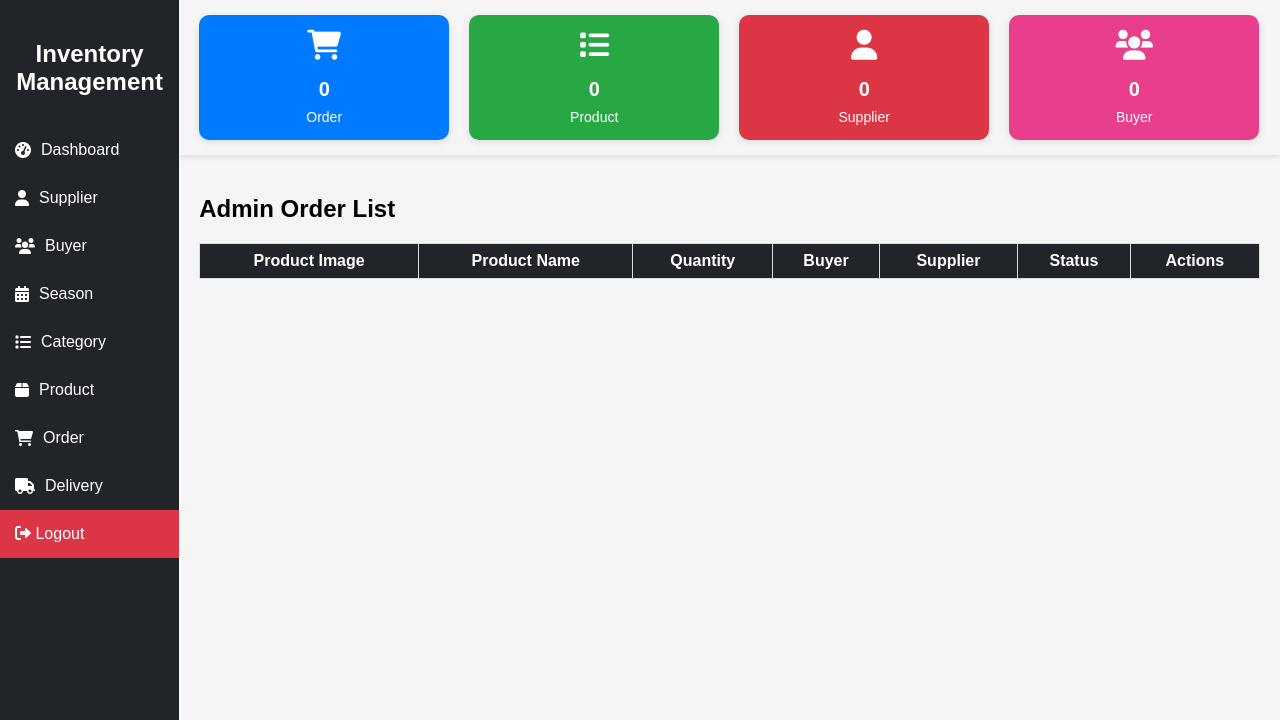
Repository: Fail2/Inventory_Management
Page: http://localhost/accounts/admin/orders/
These files come from the project's save history. The page is drawn as it stood at one moment and after the next save; the edit follows.
The browser window is 1280 px wide. The pictures show the whole page.
The page is served by the project's application, run on Django 5.2 (inventory_management/manage.py). A made-up administrator, testuser (Test User, test@example.com), is signed in. Other server files are loaded and not shown. Queries for data that is not in the repository find no rows.

Above is the page before, as saved 2025-05-03 12:10:48.

### inventory_management/accounts/templates/accounts/admin_order_list.html
{% extends 'accounts/admin_base.html' %}
{% block title %}Order List{% endblock %}

{% block content %}
<h2>Admin Order List</h2>

<table>
    <thead>
        <tr>
            <th>Product Image</th>
            <th>Product Name</th>
            <th>Quantity</th>
            <th>Buyer</th>
            <th>Supplier</th>
            <th>Status</th>
            <th>Actions</th>
        </tr>
    </thead>
    <tbody>
        {% for order in orders %}
        <tr>
            <td><img src="{{ order.product.picture.url }}" alt="{{ order.product.name }}" style="width: 80px; height: auto;"></td>
            <td>{{ order.product.name }}</td>
            <td>{{ order.quantity }}</td>
            <td>{{ order.buyer.username }}</td>
            <td>
                {% if order.supplier %}
                    {{ order.supplier.name }}
                {% else %}
                    <form method="post" style="display: inline;">
                        {% csrf_token %}
                        <input type="hidden" name="order_id" value="{{ order.id }}">
                        <select name="supplier_id" required>
                            <option value="">Select Supplier</option>
                            {% for supplier in suppliers %}
                                <option value="{{ supplier.id }}">{{ supplier.full_name }}</option>
                            {% endfor %}
                        </select>
                        <button type="submit">Assign</button>
                    </form>
                {% endif %}
            </td>
            <td>
                <form method="post">
                    {% csrf_token %}
                    <input type="hidden" name="order_id" value="{{ order.id }}">
                    <select name="status" required>
                        {% for value, label in status_choices %}
                            <option value="{{ value }}" {% if order.status == value %}selected{% endif %}>{{ label }}</option>
                        {% endfor %}
                    </select>
                    <button type="submit">Update</button>
                </form>
            </td>
            <td>
                <!-- You can add more actions here if needed -->
            </td>
        </tr>
        {% endfor %}
    </tbody>
</table>

{% endblock %}

### inventory_management/accounts/templates/accounts/admin_base.html
{% load static %}
<!DOCTYPE html>
<html lang="en">

<head>
    <meta charset="UTF-8">
    <title>{% block title %}Admin{% endblock %}</title>

    <link rel="icon" href="{% static 'favicon.ico' %}" type="image/x-icon">
    <link rel="stylesheet" href="https://cdnjs.cloudflare.com/ajax/libs/font-awesome/6.0.0/css/all.min.css">

    {% block extra_css %}{% endblock %}

    <style>
        body {
            margin: 0;
            font-family: 'Arial', sans-serif;
            background: #f5f5f5;
            height: 100vh;
            display: flex;
        }

        /* LEFT SIDEBAR */
        .sidebar {
            width: 14%;
            background: #212529;
            color: white;
            padding-top: 20px;
            display: flex;
            flex-direction: column;
        }

        .sidebar h2 {
            text-align: center;
            margin-bottom: 30px;
        }

        .sidebar a {
            display: flex;
            align-items: center;
            gap: 10px;
            color: white;
            padding: 15px;
            text-decoration: none;
            font-size: 16px;
        }

        .sidebar a:hover {
            background: #575757;
        }

        .logout-btn {
            width: 100%;
            border: none;
            background: #dc3545;
            color: white;
            padding: 15px;
            font-size: 16px;
            text-align: left;
            cursor: pointer;
            margin-top: auto;
        }

        /* RIGHT SECTION */
        .right-section {
            width: 86%;
            display: flex;
            flex-direction: column;
            height: 100%;
        }

        /* FIXED CARDS (AUTO HEIGHT) */
        .fixed-cards {
            padding: 15px 20px;
            background: #f5f5f5;
            box-shadow: 0 2px 5px rgba(0, 0, 0, 0.1);
            flex-shrink: 0;
            /* do not shrink */
        }

        .cards {
            display: flex;
            gap: 20px;
            flex-wrap: wrap;
        }

        .card {
            flex: 1;
            min-width: 180px;
            max-width: 220px;
            background: white;
            padding: 15px;
            border-radius: 10px;
            text-align: center;
            box-shadow: 0 2px 8px rgba(0, 0, 0, 0.1);
            color: white;
            transition: transform 0.3s ease;
        }

        .card:hover {
            transform: translateY(-5px);
        }

        .card i {
            font-size: 30px;
            margin-bottom: 10px;
        }

        .card h3 {
            margin: 8px 0;
            font-size: 20px;
        }

        .card p {
            margin: 0;
            font-size: 14px;
        }

        /* MAIN CONTENT (TAKES REST) */
        .main-content {
            flex-grow: 1;
            /* take remaining space */
            overflow-y: auto;
            padding: 20px;
            box-sizing: border-box;
        }

        .orders-table {
            background: white;
            width: 100%;
            border-radius: 8px;
            padding: 20px;
            box-shadow: 0 0 10px rgba(0, 0, 0, 0.1);
        }

        table {
            width: 100%;
            border-collapse: collapse;
            margin-top: 10px;
        }

        table,
        th,
        td {
            border: 1px solid #ddd;
        }

        th,
        td {
            padding: 8px;
            text-align: center;
        }

        th {
            background: #212529;
            color: white;
        }
    </style>
</head>

<body>
    <div class="sidebar">
        <h2>Inventory Management</h2>
        <a href="{% url 'admin_dashboard' %}"><i class="fas fa-tachometer-alt"></i> Dashboard</a>
        <a href="{% url 'user_list' 'supplier' %}"><i class="fas fa-user"></i> Supplier</a>
        <a href="{% url 'user_list' 'buyer' %}"><i class="fas fa-users"></i> Buyer</a>
        <a href="{% url 'grouped_product_list' 'season' %}"><i class="fas fa-calendar-alt"></i> Season</a>
        <a href="{% url 'grouped_product_list' 'category' %}"><i class="fas fa-list"></i> Category</a>
        <a href="{% url 'product_list' %}"><i class="fas fa-box"></i> Product</a>
        <a href="{% url 'admin_order_list' %}"><i class="fas fa-shopping-cart"></i> Order</a>
        <a href="#"><i class="fas fa-truck"></i> Delivery</a>
        <form method="post" action="{% url 'logout' %}">
            {% csrf_token %}
            <button type="submit" class="logout-btn"><i class="fas fa-sign-out-alt"></i> Logout</button>
        </form>
    </div>

    <div class="right-section">
        <div class="fixed-cards">
            <div class="cards">
                <div class="card" style="background: #007bff;">
                    <i class="fas fa-shopping-cart fa-2x"></i>
                    <h3>0</h3>
                    <p>Order</p>
                </div>
                <div class="card" style="background: #28a745;">
                    <i class="fas fa-list fa-2x"></i>
                    <h3>0</h3>
                    <p>Product</p>
                </div>
                <div class="card" style="background: #dc3545;">
                    <i class="fas fa-user fa-2x"></i>
                    <h3>0</h3>
                    <p>Supplier</p>
                </div>
                <div class="card" style="background: #e83e8c;">
                    <i class="fas fa-users fa-2x"></i>
                    <h3>0</h3>
                    <p>Buyer</p>
                </div>
            </div>
        </div>

        <div class="main-content">
            {% block content %}
            {% endblock %}
        </div>
    </div>

    {% block scripts %}
    {% endblock %}
</body>

</html>

### inventory_management/accounts/middleware/auth_middleware.py
from django.shortcuts import redirect

class BuyerSupplierLoginRequiredMiddleware:
    """
    Middleware to protect buyer and supplier pages.
    If user is not logged in, they will be redirected to login page.
    """

    def __init__(self, get_response):
        self.get_response = get_response

    def __call__(self, request):
        # Paths that need protection
        protected_paths = [
            '/buyer/',         # All buyer pages
            '/supplier/',      # All supplier pages
        ]

        # Check if the request path starts with any protected path
        if any(request.path.startswith(path) for path in protected_paths):
            if not request.session.get('user_type'):
                # If user_type not found in session, redirect to login
                return redirect('login')  # URL name of your login page

        response = self.get_response(request)
        return response

### inventory_management/accounts/models.py
from django.db import models
from django.contrib.auth.models import AbstractUser
from django.core.validators import MinValueValidator
import os
import uuid
from django.utils.deconstruct import deconstructible

# Custom User Model for Buyer and Seller types
class CustomUser(AbstractUser):
    USER_TYPE_CHOICES = (
        ('buyer', 'Buyer'),
        ('supplier', 'Supplier'),
    )
    user_type = models.CharField(max_length=10, choices=USER_TYPE_CHOICES)

    def is_admin(self):
        return self.is_superuser  # Check if the user is an admin

class Buyer(models.Model):
    full_name=models.CharField(max_length=100)
    address = models.TextField()
    email = models.EmailField(unique=True)
    username = models.CharField(max_length=100,unique=True)
    password =models.CharField(max_length=128) #store hashed password
    last_login = models.DateTimeField(null=True, blank=True)
    date_joined = models.DateTimeField(auto_now_add=True)


    def __str__(self):
        return self.full_name

class Supplier(models.Model):
    full_name=models.CharField(max_length=100)
    address = models.TextField()
    email = models.EmailField(unique=True)
    username = models.CharField(max_length=100,unique=True)
    password =models.CharField(max_length=128) #store hashed password
    last_login = models.DateTimeField(null=True, blank=True)
    date_joined = models.DateTimeField(auto_now_add=True)


    def __str__(self):
        return self.full_name

class Season(models.Model):
    name = models.CharField(max_length=100)

    def __str__(self):
        return self.name

class Category(models.Model):
    name = models.CharField(max_length=100)

    def __str__(self):
        return self.name

#for creating unique file name for image so that no override occurs
@deconstructible
class UniqueFileName:
    def __init__(self, subdir):
        self.subdir = subdir

    def __call__(self, instance, filename):
        ext = filename.split('.')[-1]
        unique_filename = f"{uuid.uuid4().hex}.{ext}"
        return os.path.join(self.subdir, unique_filename)

class Product(models.Model):
    name = models.CharField(max_length=255)
    category = models.ForeignKey(Category, on_delete=models.SET_NULL,null=True, blank=True)
    season = models.ForeignKey(Season, on_delete=models.SET_NULL, null=True, blank=True)
    price = models.DecimalField(max_digits=10, decimal_places=2,validators=[MinValueValidator(0.01)])
    quantity = models.PositiveIntegerField()
    picture = models.ImageField(upload_to=UniqueFileName('product_images/'), null=True, blank=True)
    supplier = models.ForeignKey(Supplier, on_delete=models.SET_NULL, null=True, blank=True)  # Now optional

    def __str__(self):
        return self.name
    def save(self, *args, **kwargs):
        try:
            this = Product.objects.get(id=self.id)
            if this.picture and self.picture != this.picture:
                if os.path.isfile(this.picture.path):
                    os.remove(this.picture.path)
        except Product.DoesNotExist:
            pass  # This is a new product, no need to delete anything

        super().save(*args, **kwargs)

    def delete(self, *args, **kwargs):
        if self.picture and os.path.isfile(self.picture.path):
            os.remove(self.picture.path)
        super().delete(*args, **kwargs)


class Order(models.Model):
    STATUS_CHOICES = [
        ('pending', 'Pending'),
        ('approved', 'Approved'),
        ('shipped', 'Shipped'),
        ('completed', 'Completed'),
    ]
    buyer = models.ForeignKey(Buyer, on_delete=models.CASCADE)
    product = models.ForeignKey(Product, on_delete=models.CASCADE)
    supplier = models.ForeignKey(Supplier, on_delete=models.SET_NULL, null=True, blank=True)
    quantity = models.PositiveIntegerField()
    total_amount = models.DecimalField(max_digits=10, decimal_places=2, blank=True, null=True)
    delivery_address = models.TextField()  # <- NEW FIELD for where to send
    status = models.CharField(max_length=20, choices=STATUS_CHOICES, default='pending')
    order_date = models.DateTimeField(auto_now_add=True)

    def __str__(self):
        return f"Order #{self.id} - {self.product.name} by {self.buyer.full_name}"

    def save(self, *args, **kwargs):
        if self.product and self.quantity:
            self.total_amount = self.product.price * self.quantity
        super().save(*args, **kwargs)

class Delivery(models.Model):
    order = models.OneToOneField(Order, on_delete=models.CASCADE)
    delivery_date = models.DateField()
    status = models.CharField(max_length=50)

    def __str__(self):
        return f"Delivery for {self.order}"

### inventory_management/inventory_management/urls.py
"""
URL configuration for inventory_management project.

The `urlpatterns` list routes URLs to views. For more information please see:
    https://docs.djangoproject.com/en/5.2/topics/http/urls/
Examples:
Function views
    1. Add an import:  from my_app import views
    2. Add a URL to urlpatterns:  path('', views.home, name='home')
Class-based views
    1. Add an import:  from other_app.views import Home
    2. Add a URL to urlpatterns:  path('', Home.as_view(), name='home')
Including another URLconf
    1. Import the include() function: from django.urls import include, path
    2. Add a URL to urlpatterns:  path('blog/', include('blog.urls'))
"""
from django.contrib import admin
from django.conf import settings
from django.conf.urls.static import static
from django.urls import path,include

urlpatterns = [
    path('admin/', admin.site.urls),
    path('accounts/',include('accounts.urls')),
]
# This serves media files in development (make sure to only use this in development)
if settings.DEBUG:
    urlpatterns += static(settings.MEDIA_URL, document_root=settings.MEDIA_ROOT)

### inventory_management/accounts/urls.py

from django.conf import settings
from django.conf.urls.static import static
from django.urls import path
from . import views

urlpatterns = [
    # Admin-related paths
    path('admin-login/', views.admin_login_view, name='admin-login'),
    path('admin-dashboard/', views.admin_dashboard, name='admin_dashboard'),
    path('<str:user_type>/list/', views.user_list, name='user_list'),
    path('<str:user_type>/add/', views.add_user, name='add_user'),
    path('<str:user_type>/edit/<int:user_id>/', views.edit_user, name='edit_user'),
    path('<str:user_type>/delete/<int:user_id>/', views.delete_user, name='delete_user'),
    path('products/', views.product_list, name='product_list'),
    path('add/', views.add_product, name='add_product'),  # add_product view coming next
    path('products/<int:product_id>/edit/', views.edit_product, name='edit_product'),
    path('products/<int:product_id>/delete/', views.delete_product, name='delete_product'),
    path('products/by/<str:group_by>/', views.grouped_product_list, name='grouped_product_list'),
    path('add/<str:group_by>/', views.add_group, name='add_group'),
    path('admin/orders/', views.admin_order_list, name='admin_order_list'),


    # Buyer/Seller login
    path('login/', views.login_view, name='login'),
    path('logout/', views.logout_view, name='logout'),


    # Buyer-specific paths
    path('buyer/login/', views.login_view, name='login_view'),
    path('buyer/home/', views.buyer_home, name='buyer_home'),
    path('buyer/orders/', views.buyer_orders, name='buyer_orders'),
    path('buyer/place_order/<int:product_id>/', views.place_order, name='place_order'),
    path('<str:user_type>/product/<int:product_id>/', views.buyer_product_detail, name='buyer_product_detail'),


    #Supplier

]

Loaded but not shown: inventory_management/accounts/templatetags/custom_tags.py (common file); inventory_management/accounts/views.py (508 lines, source omitted)

After the next save:
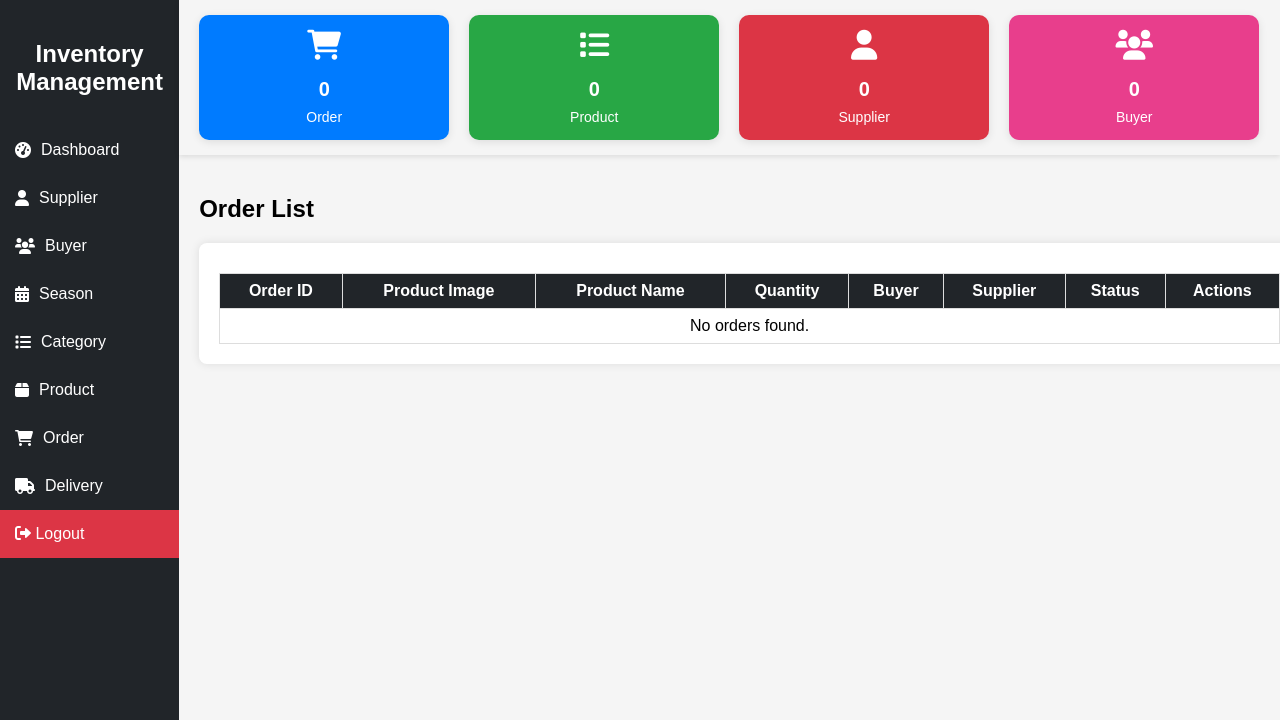
Saved 12 min 9 s later.
--- a/inventory_management/accounts/templates/accounts/admin_order_list.html
+++ b/inventory_management/accounts/templates/accounts/admin_order_list.html
@@ -1,63 +1,68 @@
 {% extends 'accounts/admin_base.html' %}
-{% block title %}Order List{% endblock %}
+{% block title %}Admin - Orders{% endblock %}
 
 {% block content %}
-<h2>Admin Order List</h2>
+<h2>Order List</h2>
 
-<table>
-    <thead>
-        <tr>
-            <th>Product Image</th>
-            <th>Product Name</th>
-            <th>Quantity</th>
-            <th>Buyer</th>
-            <th>Supplier</th>
-            <th>Status</th>
-            <th>Actions</th>
-        </tr>
-    </thead>
-    <tbody>
-        {% for order in orders %}
-        <tr>
-            <td><img src="{{ order.product.picture.url }}" alt="{{ order.product.name }}" style="width: 80px; height: auto;"></td>
-            <td>{{ order.product.name }}</td>
-            <td>{{ order.quantity }}</td>
-            <td>{{ order.buyer.username }}</td>
-            <td>
-                {% if order.supplier %}
-                    {{ order.supplier.name }}
-                {% else %}
-                    <form method="post" style="display: inline;">
+<div class="orders-table">
+    <table>
+        <thead>
+            <tr>
+                <th>Order ID</th>
+                <th>Product Image</th>
+                <th>Product Name</th>
+                <th>Quantity</th>
+                <th>Buyer</th>
+                <th>Supplier</th>
+                <th>Status</th>
+                <th>Actions</th>
+            </tr>
+        </thead>
+        <tbody>
+            {% for order in orders %}
+            <tr>
+                <td>{{ order.id }}</td>
+                <td>
+                    <img src="{{ order.product.image.url }}" alt="{{ order.product.name }}" width="60" height="60">
+                </td>
+                <td>{{ order.product.name }}</td>
+                <td>{{ order.quantity }}</td>
+                <td>{{ order.buyer.full_name }}</td>
+
+                <td colspan="3">
+                    <form method="post" style="display: flex; gap: 10px; align-items: center;">
                         {% csrf_token %}
                         <input type="hidden" name="order_id" value="{{ order.id }}">
+
+                        <!-- Supplier dropdown -->
                         <select name="supplier_id" required>
                             <option value="">Select Supplier</option>
                             {% for supplier in suppliers %}
-                                <option value="{{ supplier.id }}">{{ supplier.full_name }}</option>
+                                <option value="{{ supplier.id }}" {% if order.supplier and supplier.id == order.supplier.id %}selected{% endif %}>
+                                    {{ supplier.full_name }}
+                                </option>
                             {% endfor %}
                         </select>
-                        <button type="submit">Assign</button>
+
+                        <!-- Status dropdown -->
+                        <select name="status" required>
+                            {% for value, label in status_choices %}
+                                <option value="{{ value }}" {% if order.status == value %}selected{% endif %}>
+                                    {{ label }}
+                                </option>
+                            {% endfor %}
+                        </select>
+
+                        <button type="submit" style="padding: 5px 10px;">Update</button>
                     </form>
-                {% endif %}
-            </td>
-            <td>
-                <form method="post">
-                    {% csrf_token %}
-                    <input type="hidden" name="order_id" value="{{ order.id }}">
-                    <select name="status" required>
-                        {% for value, label in status_choices %}
-                            <option value="{{ value }}" {% if order.status == value %}selected{% endif %}>{{ label }}</option>
-                        {% endfor %}
-                    </select>
-                    <button type="submit">Update</button>
-                </form>
-            </td>
-            <td>
-                <!-- You can add more actions here if needed -->
-            </td>
-        </tr>
-        {% endfor %}
-    </tbody>
-</table>
-
+                </td>
+            </tr>
+            {% empty %}
+            <tr>
+                <td colspan="8">No orders found.</td>
+            </tr>
+            {% endfor %}
+        </tbody>
+    </table>
+</div>
 {% endblock %}
